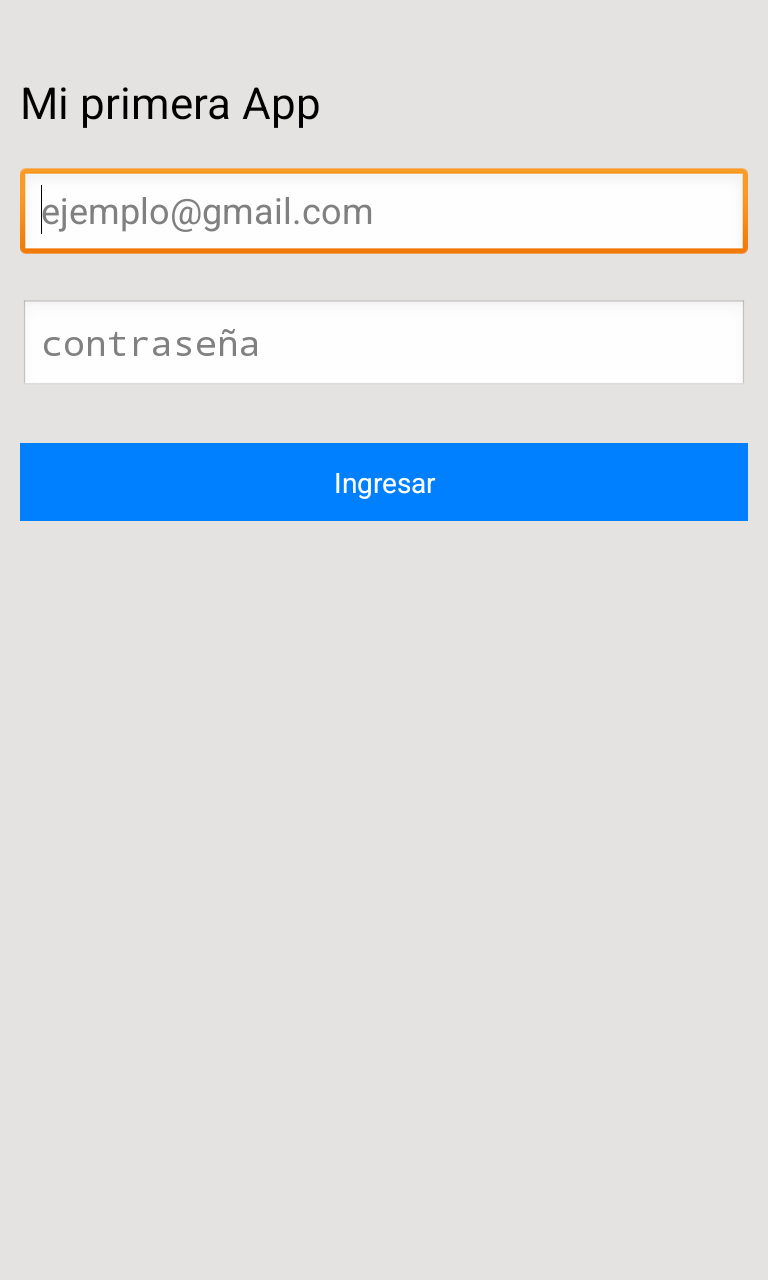
Repository: doapps/Android_Basico
Layout: Sesion01/res/layout/login_layout.xml
The author's editor kept a copy of each file at every save. The layout is drawn from the files as they stood at one save, then again after a run of saves.
It is drawn on a 768 x 1280 px phone screen (xhdpi) without system bars, with theme android:Theme.Light; the app's code is not run.

Above is the layout before, as saved 2014-03-08 12:22:53.

### Sesion01/res/layout/login_layout.xml
<LinearLayout xmlns:android="http://schemas.android.com/apk/res/android"
    xmlns:tools="http://schemas.android.com/tools"
    android:id="@+id/LinearLayout1"
    android:layout_width="match_parent"
    android:layout_height="match_parent"
    android:background="#E5E2E2"
    android:orientation="vertical"
    android:padding="10dp"
    tools:context=".Splash" >

    <TextView
        android:id="@+id/editUser"
        android:layout_width="wrap_content"
        android:layout_height="wrap_content"
        android:layout_marginTop="26dp"
        android:text="Mi primera App"
        android:textAppearance="?android:attr/textAppearanceLarge" />

    <EditText
        android:id="@+id/txtUser"
        android:layout_width="match_parent"
        android:layout_height="wrap_content"
        android:layout_marginTop="18dp"
        android:ems="10"
        android:hint="ejemplo@gmail.com" >

        <requestFocus />
    </EditText>

    <EditText
        android:id="@+id/editPass"
        android:layout_width="match_parent"
        android:layout_height="wrap_content"
        android:layout_marginTop="18dp"
        android:ems="10"
        android:hint="contraseña"
        android:inputType="textPassword" />

    <Button
        android:id="@+id/btnLogin"
        android:layout_width="match_parent"
        android:layout_height="wrap_content"
        android:layout_marginTop="24dp"
        android:background="#0080FF"
        android:padding="10dp"
        android:text="Ingresar"
        android:textColor="#ffffff" />

</LinearLayout>

After the next 2 saves:
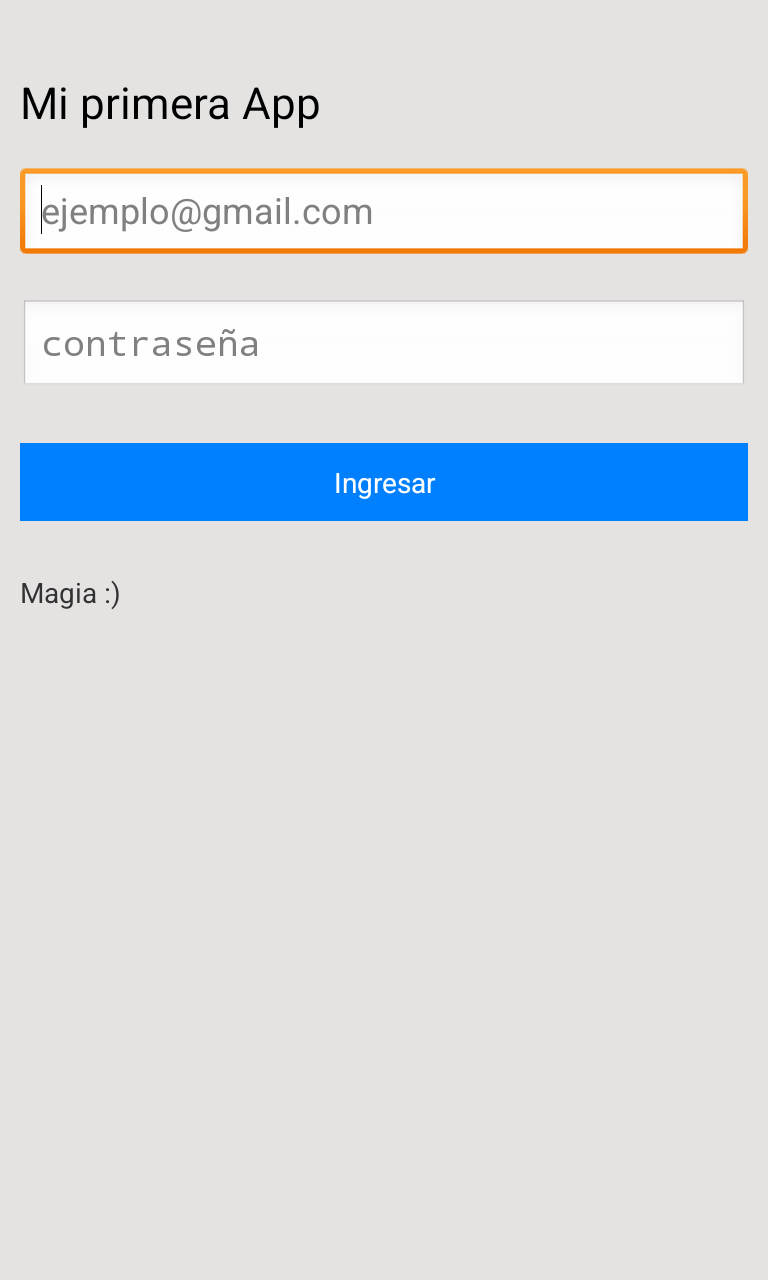
The 2 saves are shown as one change because they came seconds apart.
The last was saved 51 s later.
--- a/Sesion01/res/layout/login_layout.xml
+++ b/Sesion01/res/layout/login_layout.xml
@@ -46,4 +46,11 @@
         android:text="Ingresar"
         android:textColor="#ffffff" />
 
+    <TextView
+        android:id="@+id/editUser"
+        android:layout_width="wrap_content"
+        android:layout_height="wrap_content"
+        android:layout_marginTop="26dp"
+        android:text="Magia :)" />
+
 </LinearLayout>
